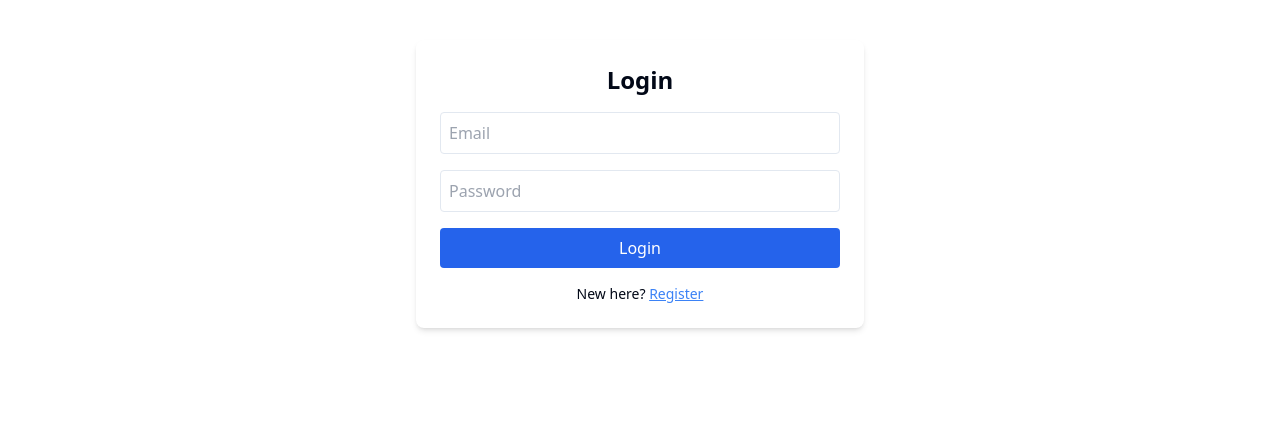
Repository: anjalikumari2207/connect-career-future
Page: /auth (app in client/)
The author's editor kept a copy of each file at every save. The page is drawn from the files as they stood at one save, then again after the next save.
The browser window is 1280 px wide. The pictures show the whole page.
The project was rebuilt for these pictures with package versions that can differ from the ones it lists, and the page was loaded fresh each time. Also part of the build but not shown: client/vite.config.ts, client/src/components/ui/tooltip.tsx, client/src/components/ui/card.tsx, client/src/components/ui/button.tsx, client/src/components/ui/badge.tsx, client/src/components/ui/avatar.tsx, client/src/components/Navigation.tsx, client/src/components/ui/input.tsx and 10 more. Imported but missing from the stored project, and not drawn on this page: client/src/components/AIFeatures, client/src/components/WalletConnect.

Above is the page before, as saved 2025-07-07 21:51:45.

After the next save:
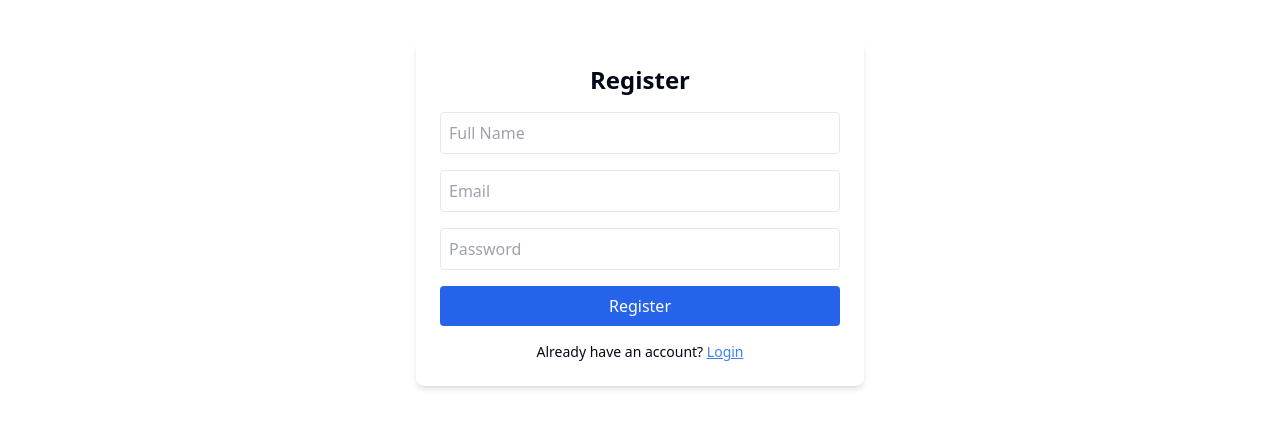
Saved 2 min 24 s later.
--- a/client/src/pages/AuthPage.tsx
+++ b/client/src/pages/AuthPage.tsx
@@ -1,17 +1,22 @@
-import { useState } from "react";
+import { useState, useEffect } from "react";
 import axios from "@/api/axios";
 import { useSearchParams } from "react-router-dom";
-import { useEffect } from "react";
-
 
 type Props = {
   onLogin: (user: any) => void;
 };
 
 export default function AuthPage({ onLogin }: Props) {
-  const [isLogin, setIsLogin] = useState(true);
+  const [searchParams] = useSearchParams();
+  const mode = searchParams.get("mode"); // "login" or null
+
+  const [isLogin, setIsLogin] = useState(mode === "login");
   const [form, setForm] = useState({ name: "", email: "", password: "" });
   const [error, setError] = useState("");
+
+  useEffect(() => {
+    setIsLogin(mode === "login"); // auto-switch form based on URL
+  }, [mode]);
 
   const handleChange = (e: React.ChangeEvent<HTMLInputElement>) => {
     setForm({ ...form, [e.target.name]: e.target.value });
@@ -23,7 +28,7 @@ export default function AuthPage({ onLogin }: Props) {
       const endpoint = isLogin ? "/auth/login" : "/auth/register";
       const res = await axios.post(endpoint, form);
       localStorage.setItem("token", res.data.token);
-      onLogin(res.data.user); // notify parent App
+      onLogin(res.data.user);
     } catch (err: any) {
       setError(err.response?.data?.msg || "Something went wrong");
     }
@@ -77,7 +82,10 @@ export default function AuthPage({ onLogin }: Props) {
 
       <p className="text-sm mt-4 text-center">
         {isLogin ? "New here?" : "Already have an account?"}{" "}
-        <button className="text-blue-500 underline" onClick={() => setIsLogin(!isLogin)}>
+        <button
+          className="text-blue-500 underline"
+          onClick={() => setIsLogin(!isLogin)}
+        >
           {isLogin ? "Register" : "Login"}
         </button>
       </p>
